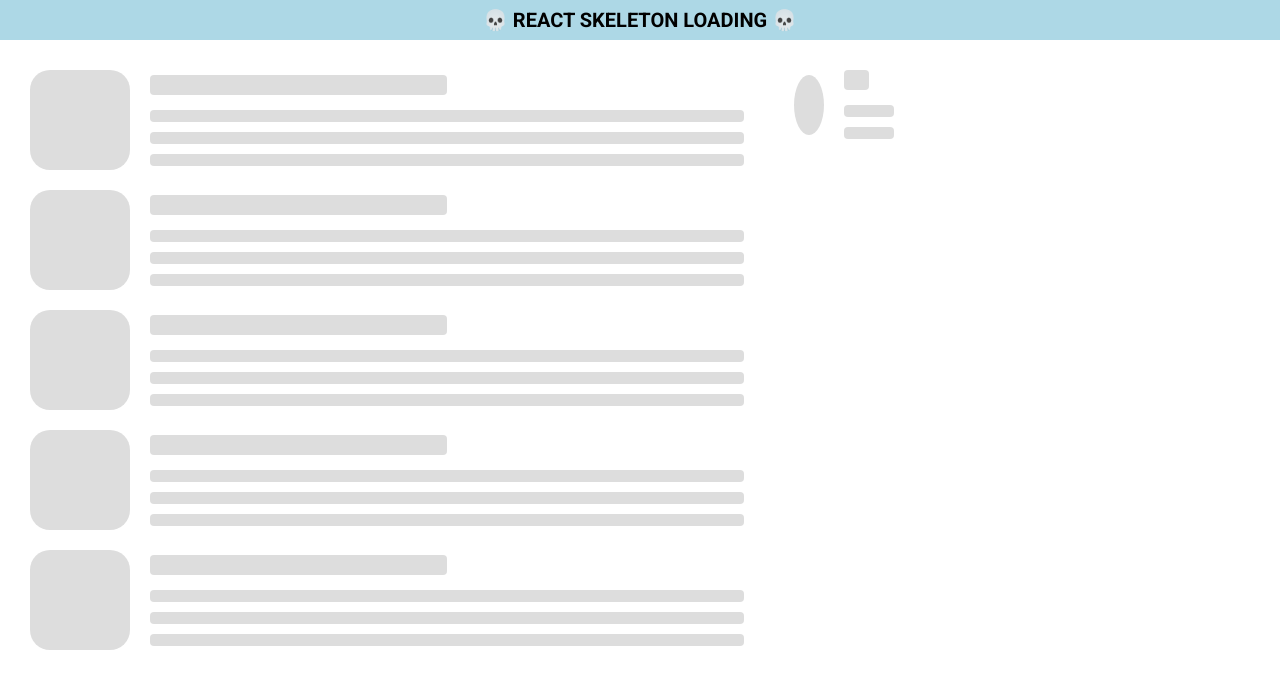
Repository: ethanJones21/React-Skeleton-Loading
Page: /
An editor plug-in stored every save of this project. The page is shown before and after the next save, followed by the edit.
The browser window is 1280 px wide. The pictures show the whole page.
The page's requests for data from a server got no answer. The project was rebuilt for these pictures with package versions that can differ from the ones it lists, and the page was loaded fresh each time. No one was signed in, and anything a server would have sent is missing. Also part of the build but not shown: src/components/Post.css, src/components/Post.js.

Above is the page before, as saved 2020-11-26 03:25:09.

### public/index.html
<!DOCTYPE html>
<html lang="en">
  <head>
    <meta charset="utf-8" />
    <link rel="icon" href="%PUBLIC_URL%/favicon.ico" />
    <meta name="viewport" content="width=device-width, initial-scale=1" />
    <meta name="theme-color" content="#000000" />
    <meta name="description" content="React skeleton loading" />
    <link rel="preconnect" href="https://fonts.gstatic.com" />
    <link
      href="https://fonts.googleapis.com/css2?family=Roboto:wght@100;300;400;500;700;900&display=swap"
      rel="stylesheet"
    />
    <title>React Skeleton</title>
  </head>
  <body>
    <noscript>You need to enable JavaScript to run this app.</noscript>
    <div id="root"></div>
  </body>
</html>

### src/App.js
import './App.css';
import Header from './components/Header';
import Posts from './components/Posts';
import User from './components/User';

function App() {
  return (
    <div className="app">
      <Header/>

      <div className="appContainer">
        <Posts/>
        <User/>
      </div>
    </div>
  );
}

export default App;

### src/App.css
*{
    margin: 0;
    font-family: 'Roboto', sans-serif;
}
.appContainer{
    display: flex;
    padding: 20px;
    align-items: start;
}

### src/components/Header.js
import React from 'react';
import "./Header.css"

const Header = () => {
    return (
        <div className="header">
            <span>💀 REACT SKELETON LOADING 💀 </span>
        </div>
    );
};

export default Header;

### src/components/Posts.js
import React, { useEffect, useState } from "react";
import Post from "./Post";
import "./Posts.css";
import { photos } from "../photos";
import PostSkeleton from "../skeleton/PostSkeleton";

const Posts = () => {
  const [postArray, setPostArray] = useState([]);

  useEffect(() => {
    setTimeout(() => {
      const fetchPosts = async () => {
        const res = await fetch("https://jsonplaceholder.typicode.com/posts");
        const data = await res.json();
        setPostArray(data.slice(0, 10));
      };
      fetchPosts();
    }, 5000);
  }, []);

  return (
    <div className="posts">
      {postArray.length > 0
        ? postArray.map((post) => (
            <Post
              key={post.id}
              post={{ ...post, photo: photos[post.id - 1] }}
            />
          ))
        : [1, 2, 3, 4, 5].map((item) => <PostSkeleton />)}
    </div>
  );
};

export default Posts;

### src/components/User.js
import React, { useState, useEffect } from "react";
import "./User.css";
import { photos } from "../photos";
import UserSkeleton from "../skeleton/UserSkeleton";

const User = () => {
  const [user, setUser] = useState(null);

  useEffect(() => {
    setTimeout(() => {
      const fetchUser = async () => {
        const res = await fetch("https://jsonplaceholder.typicode.com/users");
        const data = await res.json();
        setUser(data[0]);
      };
      fetchUser();
    }, 5000);
  }, []);

  return (
    <div className="user">
      {user !== null ? (
        <>
          <div className="userPhoto">
            <img className="userPhotoImg" src={photos[9]} alt="avatar" />
          </div>
          <div className="userInfo">
            <span className="userInfoText">
              <b>{user.name}</b>
            </span>
            <span className="userInfoText">{user.email}</span>
            <span className="userInfoText">{user.address.street}</span>
          </div>
          <button className="writeButton">Write a Story</button>
        </>
      ) : (
        <UserSkeleton />
      )}
    </div>
  );
};

export default User;

### src/components/Header.css
.header{
    display: flex;
    align-items: center;
    justify-content: center;
    height: 40px;
    width: 100%;
    background-color: lightblue;
    font-weight: 600;
    font-size: 20px;
}

### src/components/Posts.css
.posts{
    flex: 0.6;
    padding-right: 50px;
}

### src/photos.js
export const photos = [
  "https://images.pexels.com/photos/789296/pexels-photo-789296.jpeg?auto=compress&cs=tinysrgb&dpr=2&w=500",
  "https://images.pexels.com/photos/3772771/pexels-photo-3772771.jpeg?auto=compress&cs=tinysrgb&dpr=2&w=500",
  "https://images.pexels.com/photos/3059745/pexels-photo-3059745.jpeg?auto=compress&cs=tinysrgb&dpr=2&w=500",
  "https://images.pexels.com/photos/2896840/pexels-photo-2896840.jpeg?auto=compress&cs=tinysrgb&dpr=2&w=500",
  "https://images.pexels.com/photos/3155588/pexels-photo-3155588.jpeg?auto=compress&cs=tinysrgb&dpr=2&w=500",
  "https://images.pexels.com/photos/936019/pexels-photo-936019.jpeg?auto=compress&cs=tinysrgb&dpr=2&w=500",
  "https://images.pexels.com/photos/1071162/pexels-photo-1071162.jpeg?auto=compress&cs=tinysrgb&dpr=2&w=500",
  "https://images.pexels.com/photos/3147528/pexels-photo-3147528.jpeg?auto=compress&cs=tinysrgb&dpr=2&w=500",
  "https://images.pexels.com/photos/3541389/pexels-photo-3541389.jpeg?auto=compress&cs=tinysrgb&dpr=2&w=500",
  "https://images.pexels.com/photos/1680172/pexels-photo-1680172.jpeg?auto=compress&cs=tinysrgb&dpr=2&w=500",
];

### src/skeleton/PostSkeleton.js
import React from "react";
import "./PostSkeleton.css";
import Skeleton from "./Skeleton";

const PostSkeleton = () => {
  return (
    <div className="postSkeleton">
      <Skeleton type="avatar" />
      <div className="postSkeletonRight">
        <Skeleton type="title" />
        <Skeleton type="text" />
        <Skeleton type="text" />
        <Skeleton type="text" />
      </div>
    </div>
  );
};

export default PostSkeleton;

### src/components/User.css
.user {
  flex: 0.4;
  display: flex;
  align-items: center;
}

.userPhotoImg {
  width: 60px;
  height: 60px;
  border-radius: 50%;
  margin-right: 20px;
  object-fit: cover;
}

.userInfo{
    display: flex;
    flex-direction: column;
}

.writeButton{
    padding: 10px;
    border: none;
    margin-left: 20px;
    border-radius: 10px;
    cursor: pointer;
}

.writeButton:focus{
    outline: none;
}

### src/skeleton/UserSkeleton.js
import React from "react";
import "./UserSkeleton.css";
import Skeleton from "./Skeleton";

const UserSkeleton = () => {
  return (
    <div className="userSkeleton">
      <Skeleton type="userAvatar" />
      <div className="userSkeletonRight">
        <Skeleton type="title" />
        <Skeleton type="text" />
        <Skeleton type="text" />
      </div>
    </div>
  );
};

export default UserSkeleton;

### src/skeleton/PostSkeleton.css
.postSkeleton {
  display: flex;
  align-items: center;
}

.postSkeletonRight{
    width: 100%;
}

### src/skeleton/Skeleton.js
import React from "react";
import "./Skeleton.css"

const Skeleton = ({ type }) => {
  return <div className={`skeleton ${type}`}></div>;
};

export default Skeleton;

### src/skeleton/UserSkeleton.css
.userSkeleton {
  display: flex;
  align-items: center;
}

.userSkeletonRight {
  width: 100%;
}

### src/skeleton/Skeleton.css
.skeleton {
  background: #ddd;
  overflow: hidden;
  margin: 10px;
  border-radius: 4px;
}

.skeleton.text {
  width: 100%;
  height: 12px;
}

.skeleton.title {
  width: 50%;
  height: 20px;
  margin-bottom: 15px;
}

.skeleton.avatar {
  width: 120px;
  height: 100px;
  border-radius: 20%;
}

.skeleton.userAvatar {
  width: 60px;
  height: 60px;
  border-radius: 50%;
}

Loaded but not shown: src/index.js (common file)

After the next save:
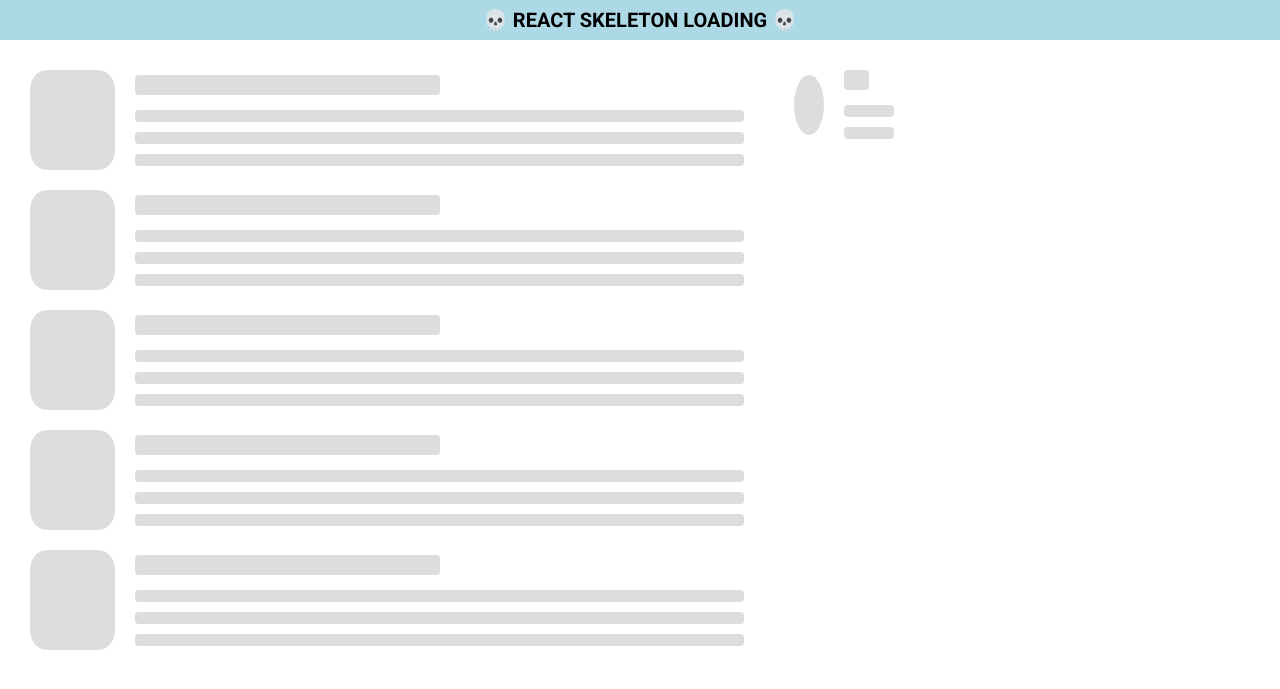
Saved 80 s later.
--- a/src/skeleton/Skeleton.css
+++ b/src/skeleton/Skeleton.css
@@ -17,7 +17,7 @@
 }
 
 .skeleton.avatar {
-  width: 120px;
+  width: 100px;
   height: 100px;
   border-radius: 20%;
 }
